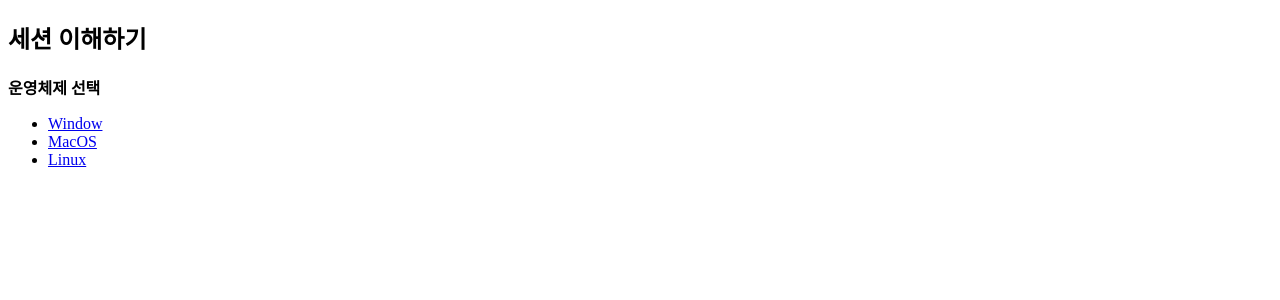
Repository: offbr/Python
Page: django_session/sessionapp/templates/showos.html
The author's editor kept a copy of each file at every save. The page is drawn from the files as they stood at one save, then again after the next save.
The browser window is 1280 px wide. The pictures show the whole page.

Above is the page before, as saved 2016-11-07 02:45:54.

After the next save:
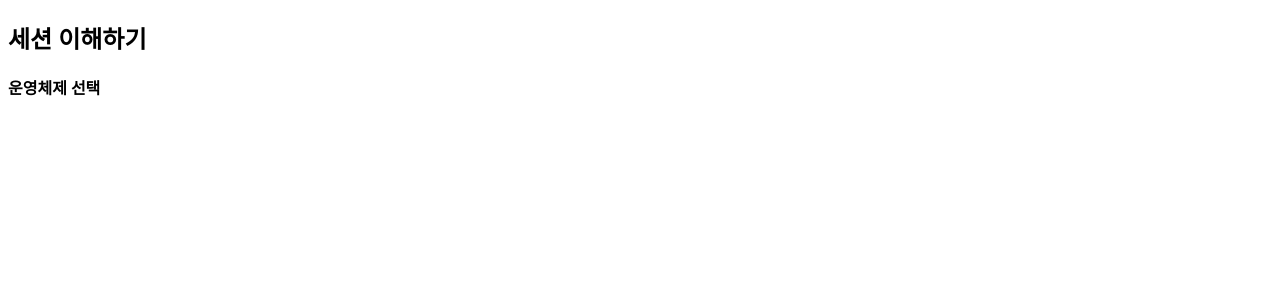
Saved 3 min 7 s later.
--- a/django_session/sessionapp/templates/showos.html
+++ b/django_session/sessionapp/templates/showos.html
@@ -7,11 +7,6 @@
 <body>
 <h2>세션 이해하기</h2>
 <strong>운영체제 선택</strong>
-<ul>
-	<li><a href="/setos/?favorite_os=Window">Window</a></li>
-	<li><a href="/setos/?favorite_os=MacOS">MacOS</a></li>
-	<li><a href="/setos/?favorite_os=Linux">Linux</a></li>
-
 </ul>
 </body>
 </html>
